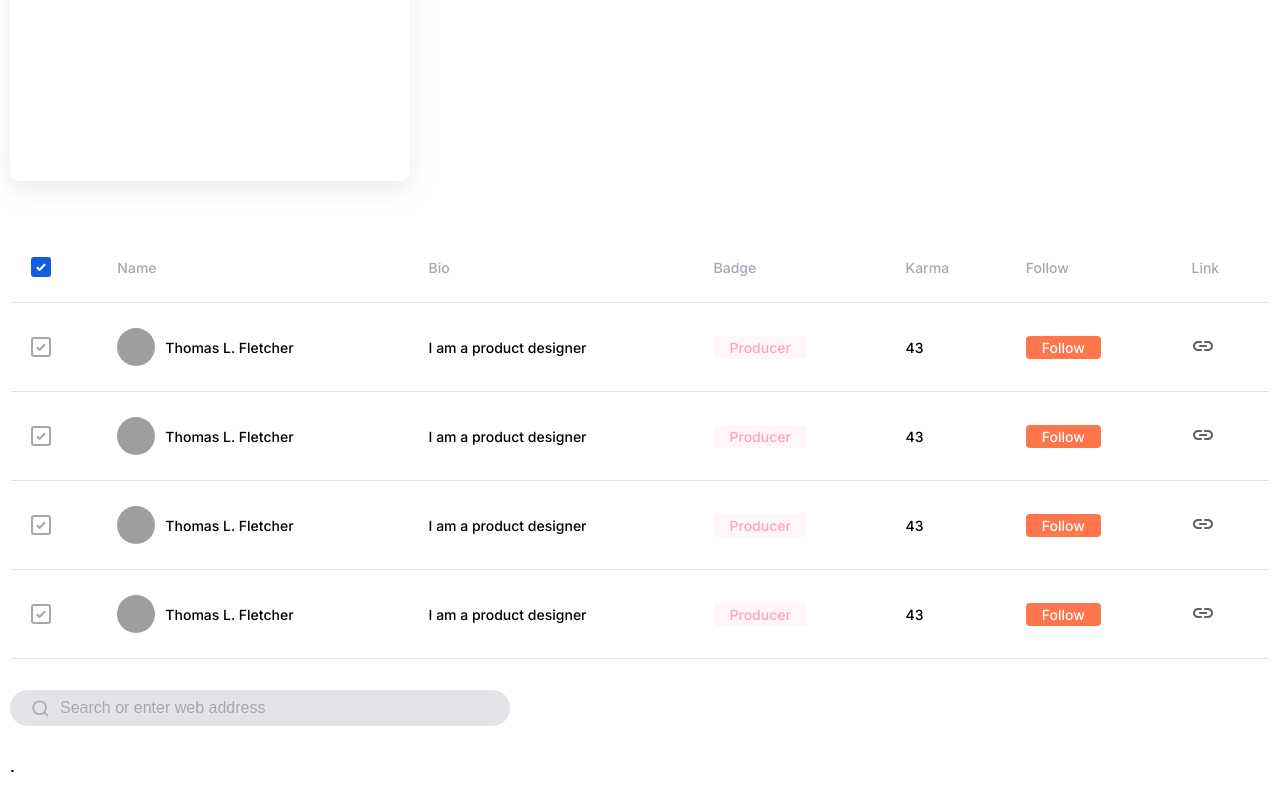
Repository: anhphapap/CSS
Page: test.html
The author's editor kept a copy of each file at every save. The page is drawn from the files as they stood at one save, then again after a run of saves.
The browser window is 1280 px wide. The pictures show the part of the page from y = 642 to 1429 px (the page is 1428 px tall before and 1429 px after).
Pictures or frames that could not be fetched are drawn as grey boxes. A picture or video elsewhere on the page could not be fetched, so the positions and the page height are approximate.

Above is the page before, as saved 2023-04-11 10:32:58.

After the next 11 saves:
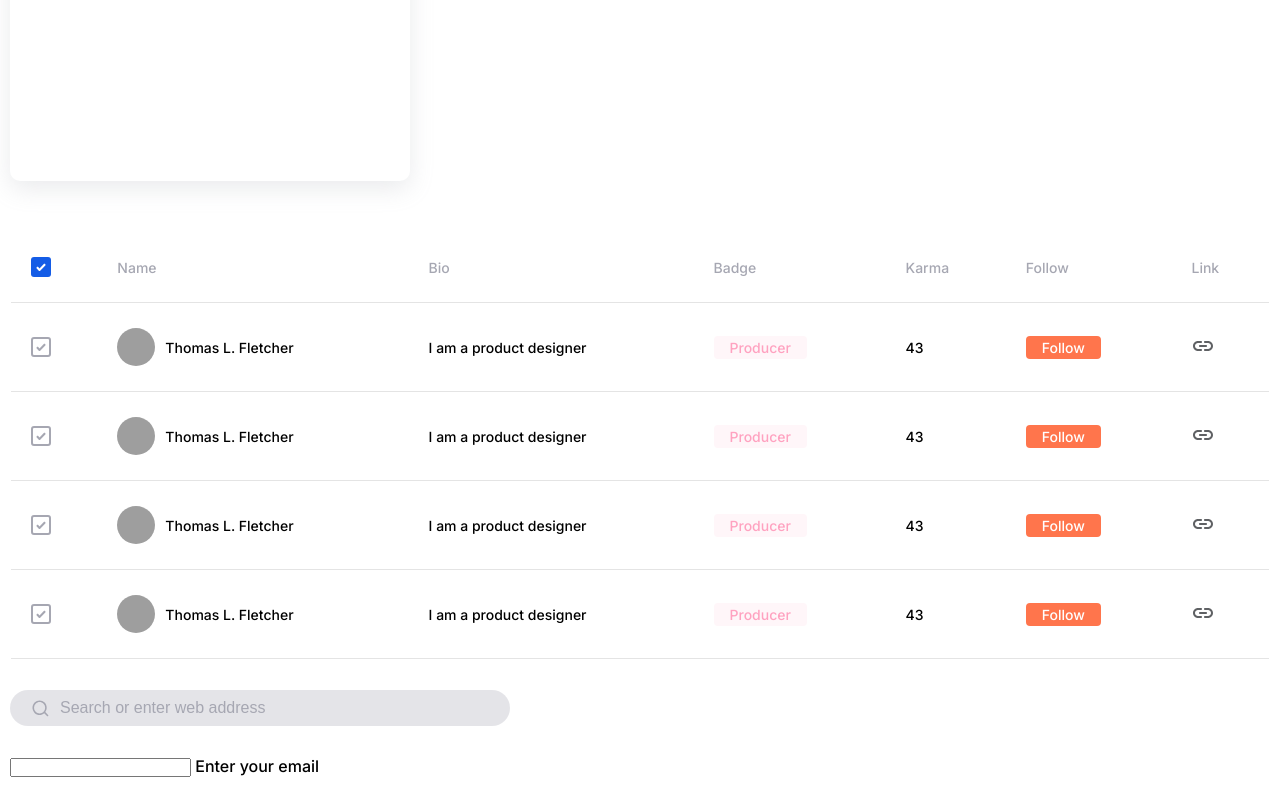
The 11 saves are shown as one change because they came seconds apart.
The last was saved 28 s later.
--- a/test.html
+++ b/test.html
@@ -300,6 +300,9 @@
             </div>
         </div>
     </div>
-    .
+    <div class="input-styles">
+        <input type="text">
+        <span>Enter your email</span>
+    </div>
 </body>
 </html>
